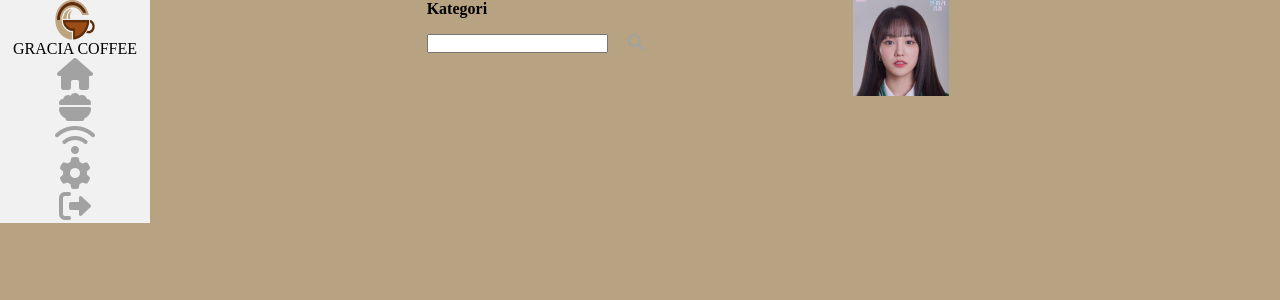
Repository: DanielChuaaa/sbd2
Page: index.html
These files come from the project's save history. The page is drawn as it stood at one moment and after the next save; the edit follows.
The browser window is 1280 px wide. The pictures show the whole page.
Some web libraries are served in a nearby version.

Above is the page before, as saved 2023-10-20 10:11:35.

After the next save:
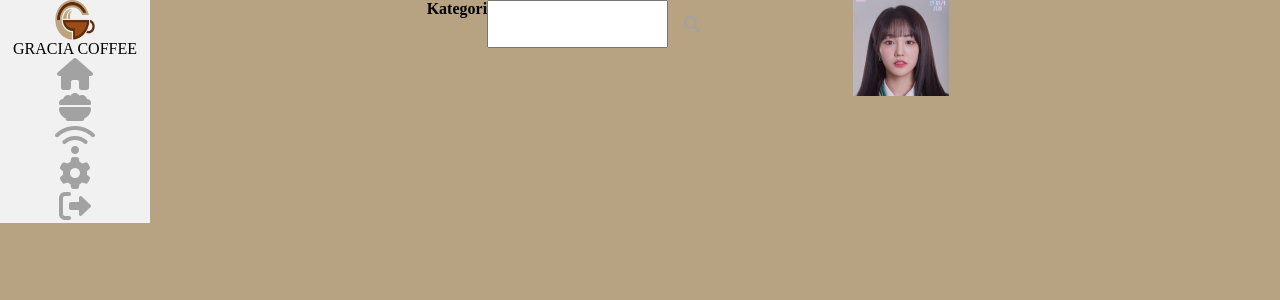
Saved 53 s later.
--- a/style.css
+++ b/style.css
@@ -42,3 +42,7 @@ body{
     color: var(--clr-neutral-100);
     padding: 1rem;
 }
+
+.nav{
+    display: flex;
+}
